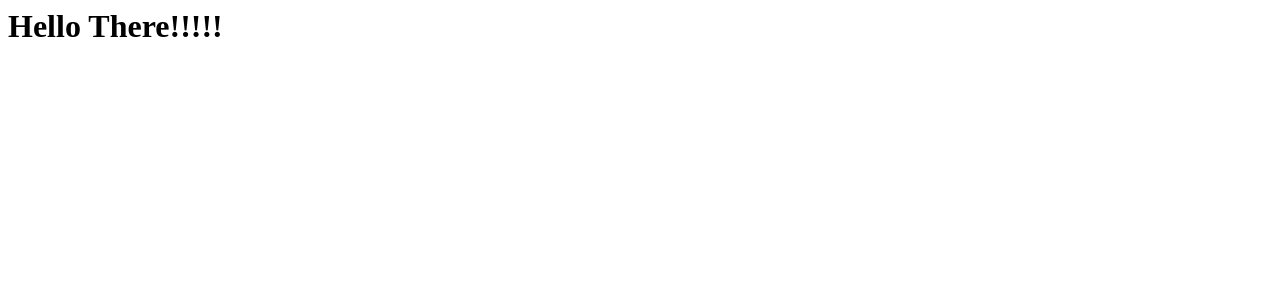
Repository: Baynuts/flask-chat
Page: http://localhost/
The author's editor kept a record of every edit. The page is drawn from the files as they stood at one moment, then again after the next edit.
The browser window is 1280 px wide. The pictures show the whole page.
The page is served by the project's application, run on Flask 3 (run.py).

Above is the page before.

### run.py
import os
from flask import Flask

app = Flask(__name__)

@app.route("/")
def index():
    return "<h1>Hello There!!!!!</h1>"

app.run(host=os.getenv("IP"), port=int(os.getenv("PORT")), debug=True)




import os
from flask import Flask

app = Flask(__name__)


@app.route("/")
def index():
    return "<h1>Hello There</h1>"


if __name__ =="__main__":
    app.run(host=os.getenv("IP"),
       port=int(os.getenv("PORT")),
       debug=True)

After the next edit:
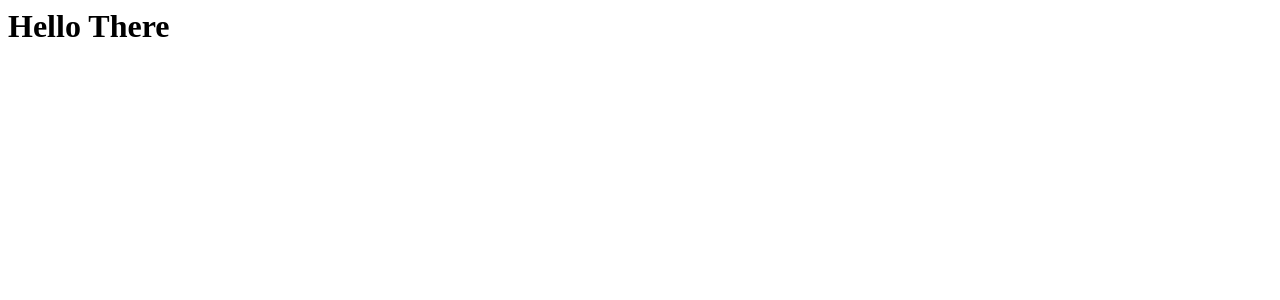
The edit:
--- a/run.py
+++ b/run.py
@@ -1,17 +1,3 @@
-import os
-from flask import Flask
-
-app = Flask(__name__)
-
-@app.route("/")
-def index():
-    return "<h1>Hello There!!!!!</h1>"
-
-app.run(host=os.getenv("IP"), port=int(os.getenv("PORT")), debug=True)
-
-
-
-
 import os
 from flask import Flask
 
